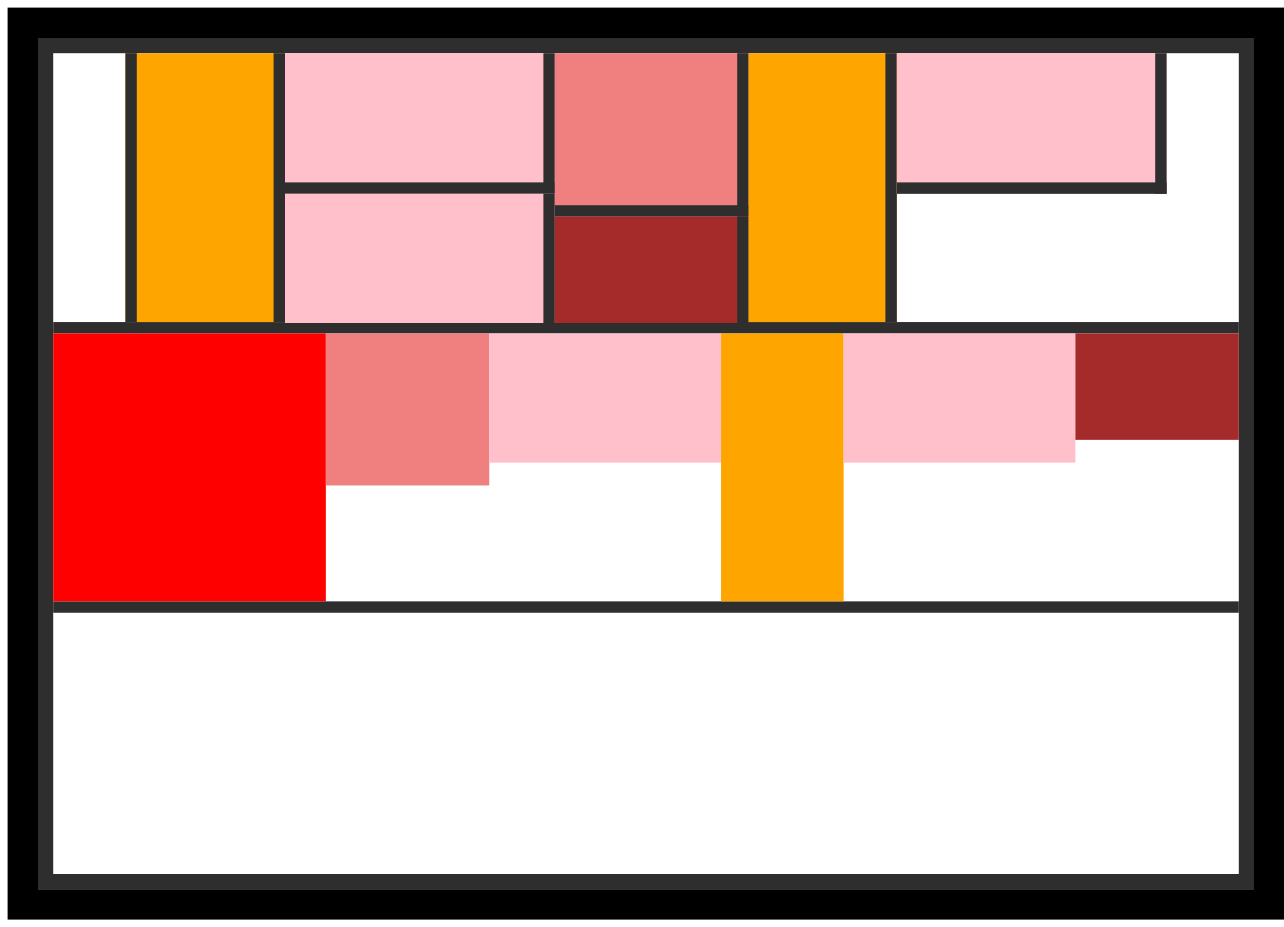
Repository: Tsardines/mondrian
Page: index.html
An editor plug-in stored every save of this project. The page is shown before and after the next save, followed by the edit.
The browser window is 1280 px wide. The page is 1352 px wide, so the pictures cover 1352 px, including what lies to the right of the window. The pictures show the whole page, at 95% of full size.
Some web fonts or font styles are not loaded; a fallback is used.

Above is the page before, as saved 2019-10-20 17:01:54.

After the next save:
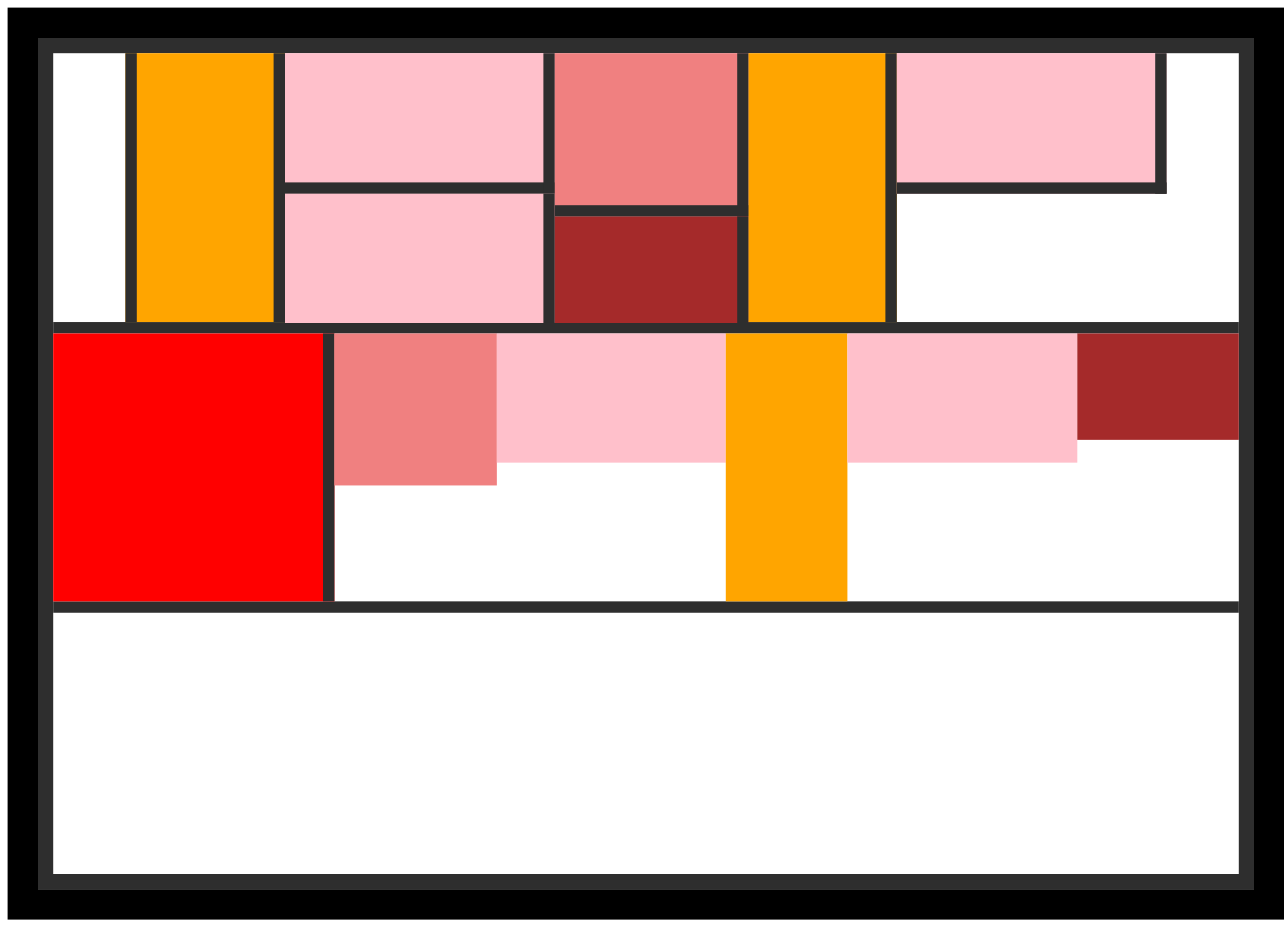
Saved 47 s later.
--- a/index.html
+++ b/index.html
@@ -38,7 +38,7 @@
             </div>
 
             <div class="grid__middle">
-                    <div class="sq--big"></div>
+                    <div class="sq--big" style="border-right: 0.75rem solid rgb(46, 46, 46);"></div>
                     <div class="sq--hori"></div>
                     <div class="rect--hori"></div>
                     <div class="rect--vert"></div>
